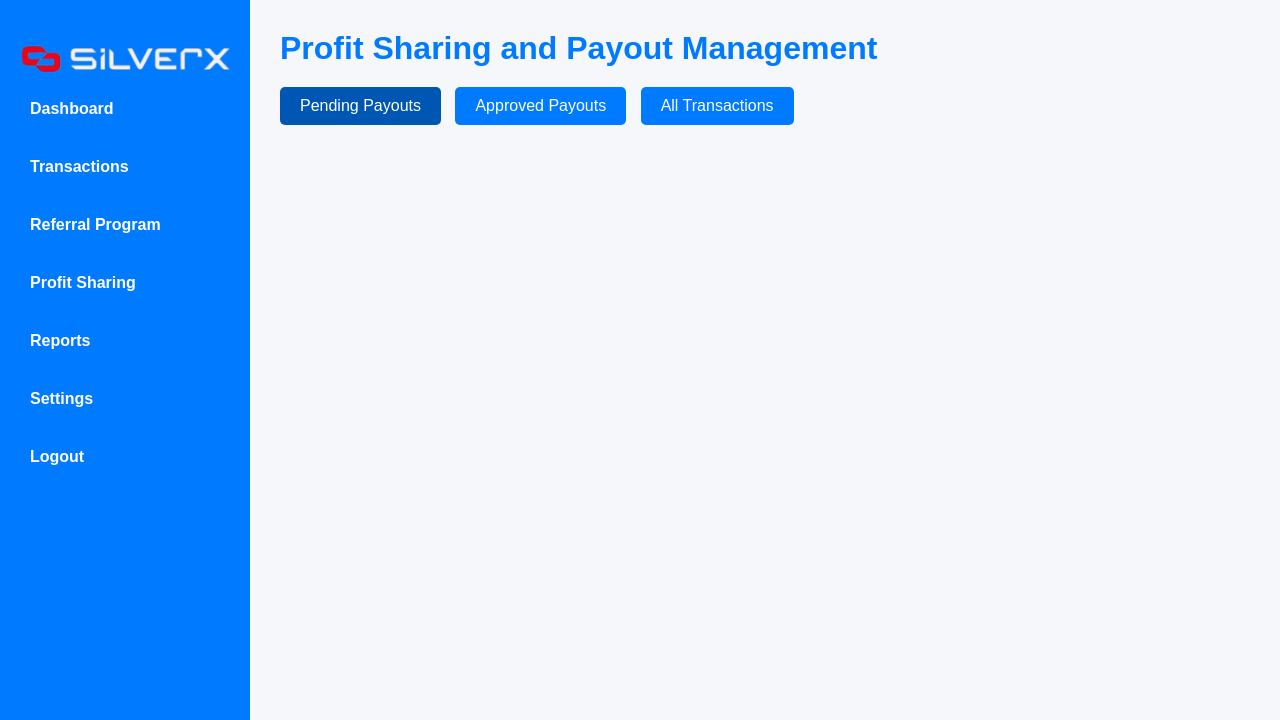
Repository: 2025silverx/slivedrX
Page: index4.html
The author's editor kept a copy of each file at every save. The page is drawn from the files as they stood at one save, then again after the next save.
The browser window is 1280 px wide. The pictures show the whole page.

Above is the page before, as saved 2025-01-19 14:31:05.

After the next save:
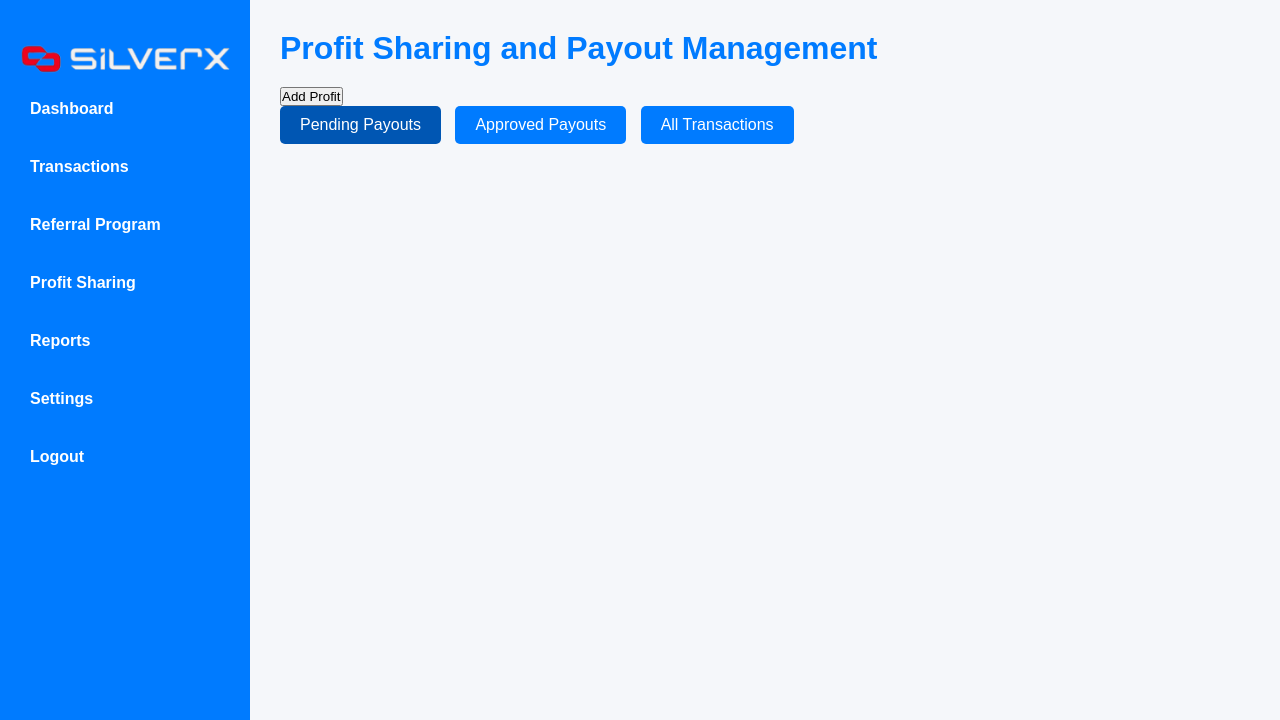
Saved 5 h 1 min later.
--- a/index4.html
+++ b/index4.html
@@ -24,6 +24,9 @@
 
     <div class="main-content">
         <h1>Profit Sharing and Payout Management</h1>
+
+        <!-- Add Profit Button -->
+        <button class="add-profit-btn" onclick="openCalculator()">Add Profit</button>
 
         <!-- Tabs for different sections -->
         <div class="tabs">
@@ -79,71 +82,59 @@
             </table>
         </div>
 
-        <!-- Approved Payouts Tab -->
-        <div class="tab-content" id="approved-payouts" style="display:none;">
-            <h2>Approved Payouts</h2>
-            <table>
-                <thead>
-                    <tr>
-                        <th>User</th>
-                        <th>Payout Amount</th>
-                        <th>Transaction Date</th>
-                        <th>Status</th>
-                    </tr>
-                </thead>
-                <tbody>
-                    <tr>
-                        <td>Jane Smith</td>
-                        <td>$2400</td>
-                        <td>2025-01-01</td>
-                        <td><span class="status-text green">Completed</span></td>
-                    </tr>
-                    <tr>
-                        <td>Sam Wilson</td>
-                        <td>$1450</td>
-                        <td>2025-01-02</td>
-                        <td><span class="status-text green">Completed</span></td>
-                    </tr>
-                </tbody>
-            </table>
-        </div>
-
-        <!-- All Transactions Tab -->
-        <div class="tab-content" id="all-transactions" style="display:none;">
-            <h2>All Transactions</h2>
-            <table>
-                <thead>
-                    <tr>
-                        <th>User</th>
-                        <th>Transaction Type</th>
-                        <th>Amount</th>
-                        <th>Status</th>
-                    </tr>
-                </thead>
-                <tbody>
-                    <tr>
-                        <td>John Doe</td>
-                        <td>Deposit</td>
-                        <td>$1500</td>
-                        <td><span class="status-text blue">Completed</span></td>
-                    </tr>
-                    <tr>
-                        <td>Jane Smith</td>
-                        <td>Withdrawal</td>
-                        <td>$2400</td>
-                        <td><span class="status-text green">Completed</span></td>
-                    </tr>
-                    <tr>
-                        <td>Sam Wilson</td>
-                        <td>Referral Commission</td>
-                        <td>$250</td>
-                        <td><span class="status-text yellow">Pending</span></td>
-                    </tr>
-                </tbody>
-            </table>
+        <!-- Calculator Modal -->
+        <div id="calculator-modal" class="modal" style="display:none;">
+            <div class="modal-content">
+                <h2>Add Profit</h2>
+                <form id="profit-calculator-form" onsubmit="calculateProfit(event)">
+                    <div class="form-group">
+                        <label for="price">Price</label>
+                        <input type="number" id="price" name="price" required>
+                    </div>
+                    <div class="form-group">
+                        <label for="commission">Commission</label>
+                        <input type="number" id="commission" name="commission" required>
+                    </div>
+                    <div class="form-group">
+                        <label for="percentage">Percentage</label>
+                        <input type="text" id="percentage" name="percentage" readonly>
+                    </div>
+                    <button type="submit" class="btn">Calculate & Save</button>
+                    <button type="button" class="btn" onclick="closeCalculator()">Cancel</button>
+                </form>
+            </div>
         </div>
     </div>
 
-    <script src="script4.js"></script>
+    <script>
+        // Open the calculator modal
+        function openCalculator() {
+            document.getElementById('calculator-modal').style.display = 'block';
+        }
+
+        // Close the calculator modal
+        function closeCalculator() {
+            document.getElementById('calculator-modal').style.display = 'none';
+        }
+
+        // Calculate profit and update the user's amount column
+        function calculateProfit(event) {
+            event.preventDefault();
+            const price = parseFloat(document.getElementById('price').value);
+            const commission = parseFloat(document.getElementById('commission').value);
+
+            if (price && commission) {
+                const percentage = ((commission / price) * 100).toFixed(2) + '%';
+                document.getElementById('percentage').value = percentage;
+
+                // For demonstration, log the result (replace with your logic to update the table)
+                console.log(`Price: $${price}, Commission: $${commission}, Percentage: ${percentage}`);
+                alert('Profit calculated and saved!');
+                closeCalculator();
+            } else {
+                alert('Please fill out all fields!');
+            }
+        }
+    </script>
 </body>
 </html>
